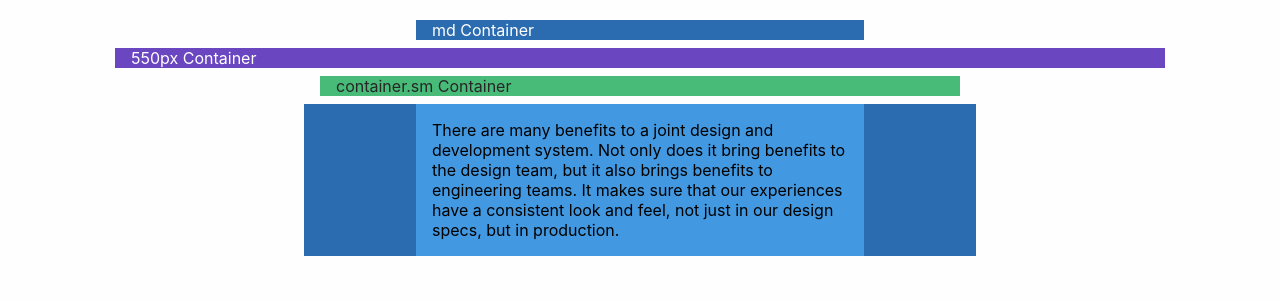
Repository: jorgelucasjs/chakra-ui-doc
Page: /
The author's editor kept a copy of each file at every save. The page is drawn from the files as they stood at one save, then again after a run of saves.
The browser window is 1280 px wide. The pictures show the whole page.
The project was rebuilt for these pictures with package versions that can differ from the ones it lists, and the page was loaded fresh each time.

Above is the page before, as saved 2023-01-06 13:56:48.

After the next 4 saves:
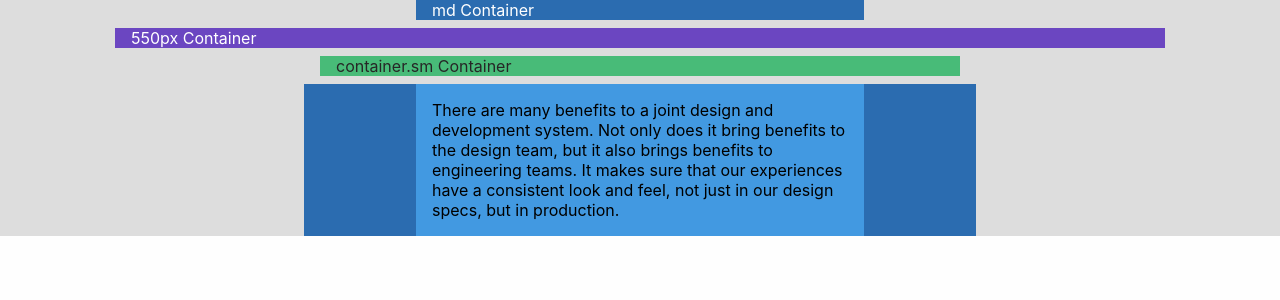
The 4 saves are shown as one change because they came seconds apart.
The last was saved 13 s later.
--- a/src/pages/index.tsx
+++ b/src/pages/index.tsx
@@ -5,7 +5,7 @@
 export default function index(): JSX.Element {
 
 	return (
-		<Wrap p={5}>
+		<Wrap bg={'#ddd'}>
 			<Container maxW='md' bg='blue.600' color='white'>
 				<div>md Container</div>
 			</Container>
